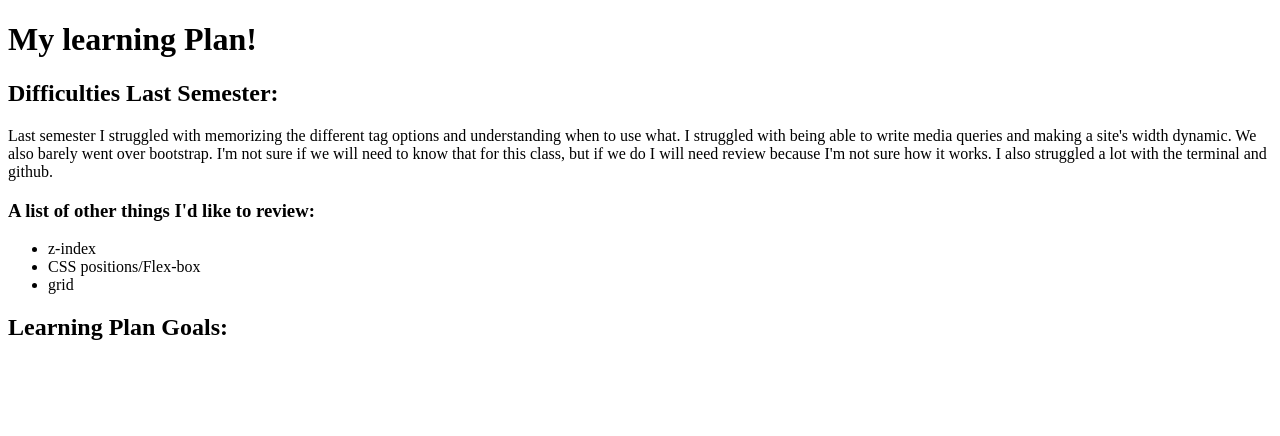
Repository: awollf/mdia-2109
Page: learning-plan.html
These files come from the project's save history. The page is drawn as it stood at one moment and after the next save; the edit follows.
The browser window is 1280 px wide. The pictures show the whole page.

Above is the page before, as saved 2026-01-26 11:54:43.

After the next save:
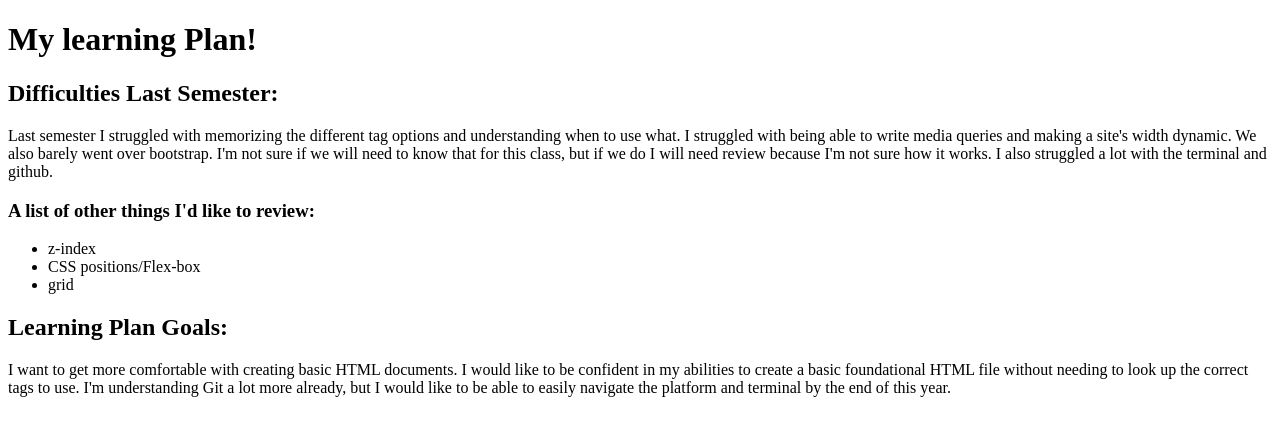
Saved 2 min 4 s later.
--- a/learning-plan.html
+++ b/learning-plan.html
@@ -23,7 +23,9 @@
     </ul>
 
     <h2>Learning Plan Goals:</h2>
-    <p></p>
+    <p>I want to get more comfortable with creating basic HTML documents. I would like to be confident in my abilities
+    to create a basic foundational HTML file without needing to look up the correct tags to use. I'm understanding Git a lot more already,
+    but I would like to be able to easily navigate the platform and terminal by the end of this year. </p>
 
 </body>
 </html>
